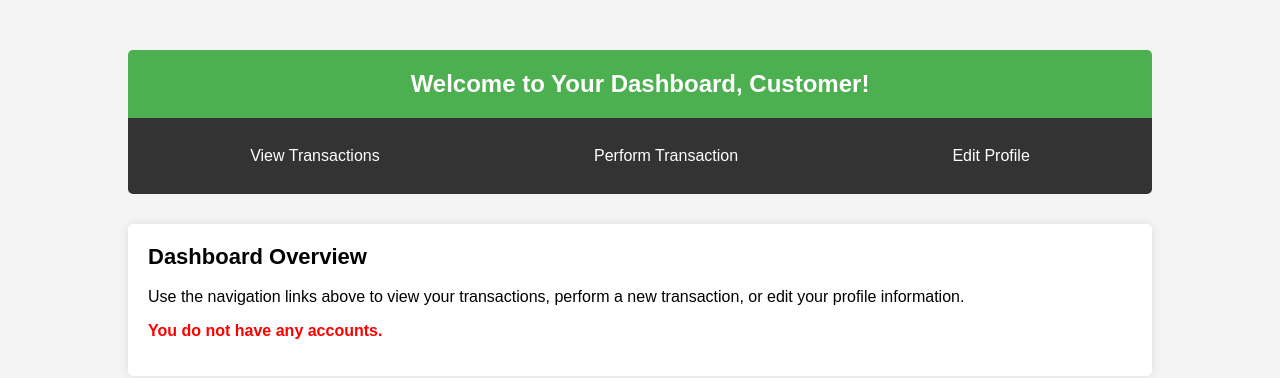
Repository: vinayakGarudi2002/swabhavTrainingProjects
Page: http://localhost/01_banking_application/customerDashboard.jsp
These files come from the project's save history. The page is drawn as it stood at one moment and after the next save; the edit follows.
The browser window is 1280 px wide. The pictures show the whole page.
The page is served by Tomcat 9.

Above is the page before, as saved 2024-08-11 16:56:02.

After the next save:
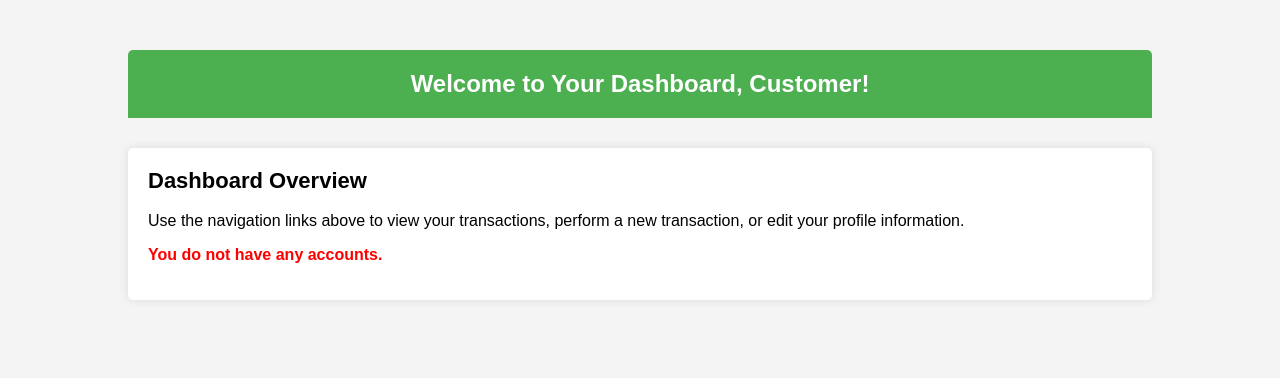
Saved 2 min 32 s later.
--- a/01_banking_application/WebContent/customerDashboard.jsp
+++ b/01_banking_application/WebContent/customerDashboard.jsp
@@ -89,11 +89,6 @@
             <h1>Welcome to Your Dashboard, Customer!</h1>
         </div>
 
-        <div class="nav">
-            <a href="viewTransactions.jsp">View Transactions</a>
-            <a href="performTransaction.jsp">Perform Transaction</a>
-            <a href="editProfile.jsp">Edit Profile</a>
-        </div>
 
         <div class="content">
             <h2>Dashboard Overview</h2>
@@ -121,7 +116,12 @@
             %>
             <p class="error-message">You do not have any accounts.</p>
             <div class="hidden">
-                <p>Other features are hidden as no accounts are available.</p>
+                <div class="nav">
+            <a href="viewTransactions.jsp">View Transactions</a>
+            <a href="performTransaction.jsp">Perform Transaction</a>
+            <a href="editProfile.jsp">Edit Profile</a>
+        </div>
+
             </div>
             <%
                 }
